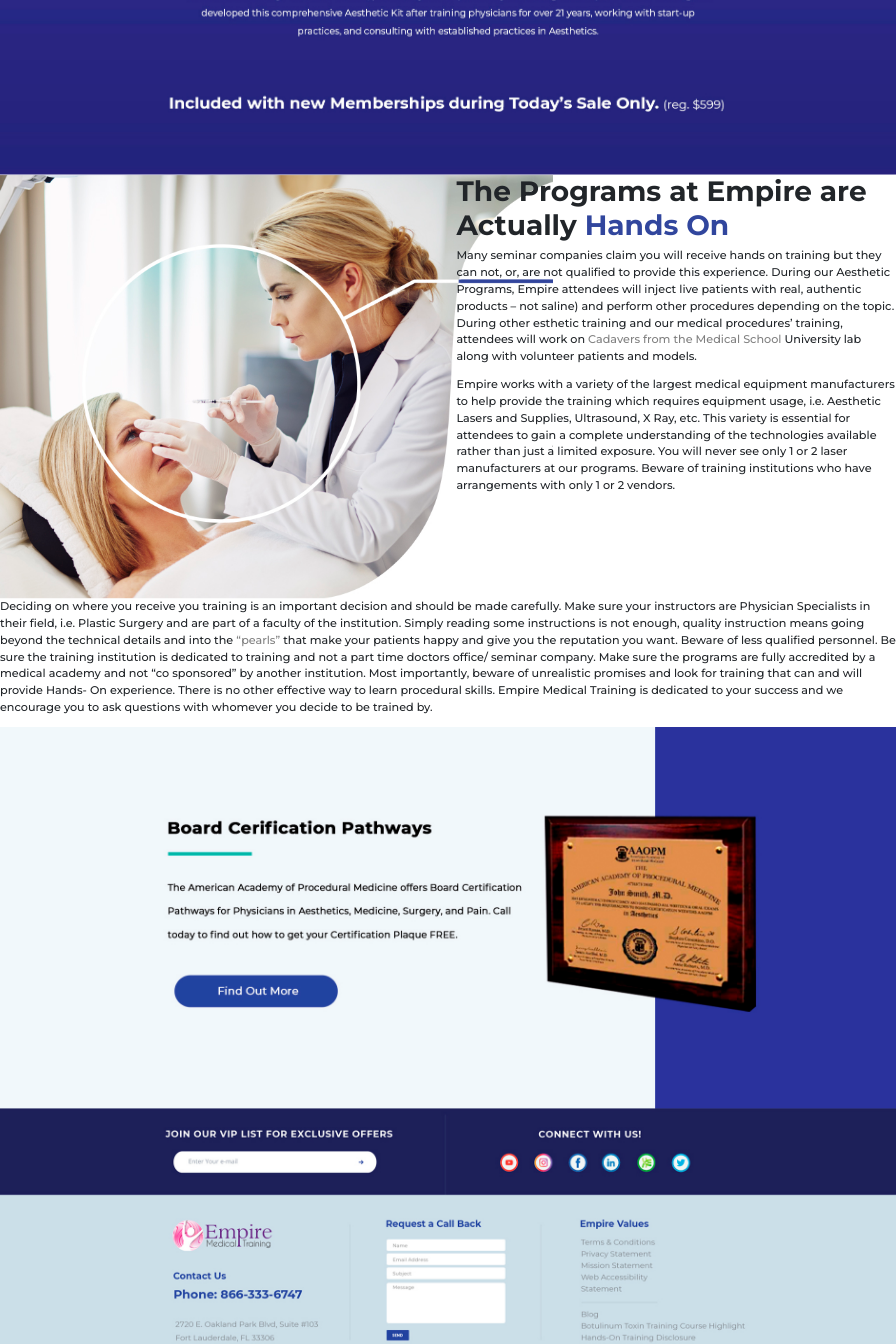
Repository: jorgi710/BODY-CONTOURING-INJECTABLES-AND-ADJUNCT-PROCEDURES
Page: our quarantee/file/public/index.html
The author's editor kept a copy of each file at every save. The page is drawn from the files as they stood at one save, then again after the next save.
The browser window is 1280 px wide. The pictures show the part of the page from y = 3691 to 5611 px (the page is 5707 px tall before and 5583 px after), at 70% of full size.

Above is the page before, as saved 2021-04-06 23:54:24.

### our quarantee/file/public/index.html
<!DOCTYPE html>
<html lang="en">
  <head>
    <meta charset="UTF-8" />
    <meta http-equiv="X-UA-Compatible" content="IE=edge" />
    <meta name="viewport" content="width=device-width, initial-scale=1.0" />
    <title>Page_3</title>

    <link
      href="https://cdn.jsdelivr.net/npm/bootstrap@5.0.0-beta3/dist/css/bootstrap.min.css"
      rel="stylesheet"
      integrity="sha384-eOJMYsd53ii+scO/bJGFsiCZc+5NDVN2yr8+0RDqr0Ql0h+rP48ckxlpbzKgwra6"
      crossorigin="anonymous"
    />
    <link
      href="https://fonts.googleapis.com/css2?family=Montserrat:wght@400;500;600;700&display=swap"
      rel="stylesheet"
    />
    <link rel="stylesheet" href="css/style.css" />
  </head>
  <body>
    <header>
      <div class="container-fluid m-0 p-0">
        <img src="img/header.jpg" alt="navbar" class="img-fluid m-0 p-0" />
      </div>
    </header>
    <main>
      <section class="section_1">
        <div class="container-fluid">
          <div class="fila-1">
            <div class="row">
              <div class="col-sm-12 col-md-6 text-start">
                <div class="content_section_1">
                  <h1 class="bold mb-3 mt-3">The Empire Medical Training</h1>
                  <img src="img/logo_main.jpg" alt="logo" class="logo" />
                  <p class="medium">
                    Empire is the only teaching institution that offers this
                    extraordinary guarantee: After you have completed your
                    training, if you feel you are not comfortable performing the
                    new procedure or if you believe you need additional
                    training, Empire will provide you with a 1-Day Preceptorship
                    (individual training) at one of our Centers of Excellence.
                  </p>
                  <p class="medium">
                    You will work one on one with one of our teaching faculty in
                    their office perfecting the techniques you just learned and
                    reviewing our many medical “Pearls,” priceless tips we have
                    learned through extensive experience and are now passing
                    onto you!
                  </p>
                </div>
              </div>
              <div class="col-md-6 justify-content-end p-0">
                <img
                  src="img/section_1_1_web.jpg"
                  alt=""
                  class="d-none d-md-block img-fluid"
                />
                <img
                  src="img/section_1_1_mobil.jpg"
                  alt=""
                  class="d-md-none img-fluid mobil"
                />
              </div>
            </div>
          </div>

          <div class="fila-2">
            <div class="row">
              <div class="col-sm-12 col-md-6 p-0 mt-3">
                <img
                  src="img/section_1_2_web.jpg"
                  alt="Our difference"
                  class="d-none d-md-block"
                />
                <img
                  src="img/section_1_2_mobil.jpg"
                  alt=""
                  class="d-md-none mobil"
                />
              </div>
              <div class="col-md-6 text-start">
                <h1 class="bold azul mt-4">Our Difference</h1>
                <p class="medium">
                  • Our full time faculty of physicians are available to answer
                  your questions even before you have decided on training- see
                  for yourself, call today and speak with a physician about
                  offering
                  <span class="claro">aesthetics in your practice</span>, or
                  whatever other concerns you may have!
                </p>
                <p class="medium">
                  • Empire Medical Training is the only training institution
                  that offers over 35 different medical and aesthetic
                  <span class="claro">training programs</span>. Since our
                  organization is a full time, dedicated teaching institution,
                  we have the resources and faculty to provide the quality
                  training we have been providing for the past 15 years.
                </p>
                <p class="medium">
                  • Empire provides discounted tuition on
                  <span class="claro">membership plans</span>
                  allowing you to attend all our programs at one low price, over
                  a 2 year period. We also provide a price guarantee that
                  ensures you are registering for a seminar at the lowest price
                  available. At all Empire work- shops, all supplies and
                  medicines are included with your tuition. That includes
                  <span class="claro">Botox Cosmetic</span> and
                  <span class="claro">Dermal Fillers</span> needed for the hands
                  on portion of the training.
                </p>
                <p class="medium">
                  • Learning to perform a procedure may be simple, but becoming
                  successful in your practice requires additional steps. With
                  every program you receive an exhaustive supply of patient
                  forms, consent forms, marketing templates, a comprehensive
                  <span class="claro">Vendor and Resource guide</span> with
                  useful information and necessary tools for your practice.
                </p>
                <p class="medium">
                  • Empire Medical Training and staff are committed to helping
                  you succeed in your practice nad this goes beyond just
                  providing you with the medical protocols to perform a simple
                  procedure. We are not a weekend operation and are available
                  even after our programs have ended. We also provide our
                  students with
                  <span class="claro"> Board Certification</span> from the AAOPM
                  for succesful coursework completion.
                </p>
              </div>
            </div>
          </div>
        </div>
      </section>
      <section class="section_2">
        <div class="panel">
          <img
            src="img/section_2.jpg"
            alt="Meet Our Trusted Faculty"
            class="img-fluid m-0 p-0 d-none d-md-block"
          />
          <img
            src="img/section_2_mobile.jpg"
            alt="Meet Our Trusted Faculty"
            class="img-fluid m-0 p-0 d-md-none mobil"
          />

          <div class="content d-none d-md-block ">
            <h1 class="bold">Meet Our Trusted Faculty</h1>
            <p class="regular">
              Empire Medical Training celebrates
              <span class="bold">15 years</span> of success in training <br />
              <span class="bold">physicians</span> and health care
              <span class="bold">professionals</span>. <br />
              We believe our success is due, in part, to the extra things our
              <br />
              <span class="bold">organization</span> and
              <span class="bold">faculty</span> provide for you.
            </p>
            <button class="btn">
              <h3 class="bold">Meet Faculty</h3>
            </button>
          </div>
        </div>
        <div class="content_mobil d-md-none mobil">
            <h1 class="bold">Meet Our Trusted Faculty</h1>
            <p class="regular">
              Empire Medical Training celebrates
              <span class="bold">15 years</span> of success in training <br />
              <span class="bold">physicians</span> and health care
              <span class="bold">professionals</span>. <br />
              We believe our success is due, in part, to the extra things our
              <br />
              <span class="bold">organization</span> and
              <span class="bold">faculty</span> provide for you.
            </p>
            <button class="btn m-2">
              <h3 class="bold">Meet Faculty</h3>
            </button>
          </div>
        </div>

      </section>
      <section class="section_3 ">
        <div>
          <h1 class="negro bold">
            <span class="azul">Background &</span> Achievements
          </h1>
          <p class="medium ">
            Now a little about Empire Medical Training’s background and
            achievements: Why Empire is committed to excellence:
          </p>
          <p class="medium ">
            Empire Medical Training celebrates our 22nd year of training and we
            remain the #1 medical training and certification CME Medical and
            Aesthetic workshops offered each year, Empire has trained over
            125,000 Physicians, Dentists, Nurses, and other Health Care
            Professionals. With countless
            <span class="claro">testimonials</span> from satisfied attendees, we
            stand behind our programs and provide a complete satisfaction
            guarantee. source worldwide.
          </p>
          <p class="medium ">
            Empire has acquired a distinguished reputation in education and
            serves as a training facility for Allergan (Botox, Juvederm) and
            Medicis (Restylane), along with many of the largest Aesthetic Laser
            Manufacturers. In addition, Empire is proud to have been chosen by
            the Florida Dental Association (FDA) to train their member Dentists
            in Botox Cosmetic and other Aesthetic Procedures.
          </p>
          <p class="medium ">
            At Empire, we believe our success is dependent on you receiving
            quality training and instruction. Empire Medical Training is a
            nationally recognized CME Training Institution for Physicians,
            Dentists, Nurses and other Health Care Professionals.
          </p>
        </div>
        <div class="row">
          <div class="col-sm-12 col-md-6">
            <p class="medium">
              In addition to training at resort hotels, Empire has pioneered the
              first <span class="claro">premier Medical Spa</span> in Fort
              Lauderdale, Florida where physicians can enjoy training on actual
              patients and receive classroom didactic presentations. This
              facility has been designed specifically for training purposes
              utilizing state of the art aesthetic lasers and medical spa
              equipment along with modern classroom facilities and training
              aids. All courses are conducted by Physicians and other
              Specialists in Aesthetics, Pain Management, Surgery, and Medicine.
              Not by less qualified Instructors.
            </p>
            <p class="medium">
              Empire has achieved an outstanding reputation through a
              distinguished faculty of Physician specialists. Your training will
              be conducted by Physicians and other Specialists in Aesthetics,
              Pain Management, Surgery, and Medicine. We believe it is important
              for attendees to be exposed to a faculty of instructors for a more
              complete understanding of the topic, rather than just 1 part time
              physician or nurse instructor like many training companies do.
              Beware of start up seminar companies who employ less qualified
              personnel for your training, or local doctors’ offices with
              impressive web sites looking to supplement their income by
              offering inferior or incomplete training as a side job.
            </p>
          </div>
          <div class="col-sm-12 col-md-6">
            <img
              src="img/section_3_web.jpg"
              alt="background achievements"
              class="d-none d-md-block img-fluid"
            />
            <img
              src="img/section_3_mobil.jpg"
              alt="background achievements"
              class="d-md-none"
            />
          </div>
        </div>
      </section>
      <section class="section_4 mt-2">
        <img src="img/section_4.jpg" alt="aesthetics starter kit" />
      </section>
      <section class="section_5">
        <div class="row">
          <div class="col-sm-12 col-md-6">
            <img
              src="img/section_5_web.jpg"
              alt="empire"
              class="d-none d-md-block"
            />
            <img
              src="img/section_5_mobile.jpg"
              alt="empire"
              class="d-md-none"
            />
          </div>
          <div class="col-md-6">
            <h1 class="bold">
              The Programs at Empire are Actually
              <span class="azul">Hands On</span>
            </h1>
            <p class="medium">
              Many seminar companies claim you will receive hands on training
              but they can not, or, are not qualified to provide this
              experience. During our Aesthetic Programs, Empire attendees will
              inject live patients with real, authentic products – not saline)
              and perform other procedures depending on the topic. During other
              esthetic training and our medical procedures’ training, attendees
              will work on
              <span class="claro">Cadavers from the Medical School</span>
              University lab along with volunteer patients and models.
            </p>
            <p class="medium">
              Empire works with a variety of the largest medical equipment
              manufacturers to help provide the training which requires
              equipment usage, i.e. Aesthetic Lasers and Supplies, Ultrasound, X
              Ray, etc. This variety is essential for attendees to gain a
              complete understanding of the technologies available rather than
              just a limited exposure. You will never see only 1 or 2 laser
              manufacturers at our programs. Beware of training institutions who
              have arrangements with only 1 or 2 vendors.
            </p>
          </div>
        </div>
        <p class="medium">
          Deciding on where you receive you training is an important decision
          and should be made carefully. Make sure your instructors are Physician
          Specialists in their field, i.e. Plastic Surgery and are part of a
          faculty of the institution. Simply reading some instructions is not
          enough, quality instruction means going beyond the technical details
          and into the <span class="claro">“pearls”</span> that make your
          patients happy and give you the reputation you want. Beware of less
          qualified personnel. Be sure the training institution is dedicated to
          training and not a part time doctors office/ seminar company. Make
          sure the programs are fully accredited by a medical academy and not
          “co sponsored” by another institution. Most importantly, beware of
          unrealistic promises and look for training that can and will provide
          Hands- On experience. There is no other effective way to learn
          procedural skills. Empire Medical Training is dedicated to your
          success and we encourage you to ask questions with whomever you decide
          to be trained by.
        </p>
      </section>
    </main>
    <footer>
      <img src="img/footer.jpg" alt="footer" class="img-fluid" />
    </footer>
  </body>
</html>

### our quarantee/file/public/css/style.css
@import url("https://fonts.googleapis.com/css2?family=Montserrat:wght@400;500;600;500&display=swap");
* {
  box-sizing: border-box;
  font-family: var(--fuente);
}
header,
section {
  overflow-x: hidden;
}
:root {
  --fuente: "Montserrat", cursive;
  --azul: #31469d;
  --clarito: #808080;
  --negro: #000000;
  --regular: 400;
  --medium: 500;
  --semi_bold: 600;
  --bold: 500;
}
.regular {
  font-weight: 400;
}
.medium {
  font-weight: 500;
}
.semi {
  font-weight: 600;
}
.bold {
  font-weight: 700;
}
.azul {
  color: #31469d;
}
.claro {
  color: #808080;
}
.negro {
  color: #000000;
}
header .img {
  width: 100%;
}
/* .section_1 .fila-1 .row .col-md-6 .content_section_1 {
  padding: 4vmin 1vmin;
  padding-bottom: 2vmin;
  padding-left: 12vmin;
} */

/* section_1 */

/* web */
.section_1 .fila-1 .row .col-md-6 .content_section_1 {
  padding: 4vmin 1vmin;
  padding-bottom: 2vmin;
  padding-left: 12vmin;
}
.section_1 .fila-1 .row .col-md-6 img {
  width: 100%;
  height: 100%;
  object-fit: cover;
}
.section_1 .fila-1 .row .col-md-6 h1 {
  font-size: 1.8rem;
}
.section_1 .fila-1 .row .col-md-6 .logo {
  width: 70%;
  padding-left: 10vmin;
}
/* Tablet */
@media screen and (min-width: 780px) and (max-width: 1200px) {
  .section_1 .fila-1 .row .col-md-6 .content_section_1 {
    padding: 4vmin 1vmin;
    padding-bottom: 2vmin;
    padding-left: 12vmin;
  }
  .section_1 .fila-1 .row .col-md-6 h1 {
    font-size: 1.5rem;
  }
  .section_1 .fila-1 .row .col-md-6 img {
    object-fit: cover;
    z-index: 1;
  }
  .section_1 .fila-1 .row .col-md-6 .logo {
    width: 70%;
    padding-left: 10vmin;
  }
}
/* Mobile */
@media screen and (min-width: 0) and (max-width: 760px) {
  .section_1 .fila-1 .row .col-md-6 .content_section_1 {
    padding: 0;
    box-shadow: 1px 2px 9px 6px #aaa;
  }
  .section_1 .fila-1 .row .col-md-6 h1 {
    font-size: 1.8rem;
    text-align: center;
  }
  .section_1 .fila-1 .row .col-md-6 .mobil {
    box-shadow: -2px 1px 13px 6px #aaa;
  }
  .section_1 .fila-1 .row .col-md-6 .logo {
    width: 76%;
    padding-left: 22vmin;
  }
  .section_1 .fila-1 .row .col-md-6 p {
    font-size: 1rem;
    text-align: justify;
    padding: 4px 5px;
  }
}
/* section_1_Part_2 */

/* web */
.section_1 .fila-2 .row .col-md-6 img {
  width: 100%;
  height: 100%;
  object-fit: none;
}
.section_1 .fila-1 .row .col-md-6 h1 {
  font-size: 1.8rem;
}
/* Tablet */
@media screen and (min-width: 780px) and (max-width: 1200px) {
  .section_1 .fila-2 .row .col-md-6 h1 {
    font-size: 1.5rem;
  }
  .section_1 .fila-2 .row .col-md-6 img {
    object-fit: cover;
    box-shadow: -2px 1px 13px 6px #31469d;
    border-radius: 1rem;
  }
}
/* Mobile */
@media screen and (min-width: 0) and (max-width: 760px) {
  .section_1 .fila-1 .row .col-md-6 .content_section_1 {
    padding: 0;
    box-shadow: 1px 2px 9px 6px #aaa;
  }
  .section_1 .fila-2 .row .col-md-6 h1 {
    font-size: 2rem;
    text-align: center;
  }
  .section_1 .fila-2 .row .col-md-6 .mobil {
    box-shadow: -2px 1px 13px 6px #bac6f8;
    object-fit: cover;
  }
  .section_1 .fila-2 .row .col-md-6 p {
    font-size: 1rem;
    text-align: justify;
    padding: 4px 5px;
    box-shadow: -2px 1px 13px 6px #ccd6fc;
    border-radius: 0.5rem;
  }
}
/* section_2 */
/* web */
.section_2 .panel {
  position: relative;
}
.section_2 .content h1 {
  font-size: 1.5rem;
}
.section_2 .content p {
  font-size: 0.8rem;
}
.section_2 .content h3 {
  font-size: 1rem;
}
.section_2 .content {
  position: absolute;
  color: white;
  top: 38px;
  right: 593px;
}
.section_2 .content button {
  background-color: white;
  border-radius: 1.5rem;
  box-shadow: -4px 3px 13px 0px blue;
  color: #31469d;
  font-weight: 700;
}
/* Tablet */
@media screen and (min-width: 780px) and (max-width: 1200px) {
  .section_2 .panel {
    position: relative;
  }
  .section_2 .content h1 {
    font-size: 1.5rem;
  }
  .section_2 .content p {
    font-size: 0.5rem;
  }
  .section_2 .content h3 {
    font-size: 1rem;
  }
  .section_2 .content {
    position: absolute;
    color: white;
    top: 34px;
  }
  .section_2 .content button {
    background-color: white;
    border-radius: 1.5rem;
    box-shadow: -4px 3px 13px 0px blue;
    color: #31469d;
    font-weight: 700;
  }
}
/* Mobile */
@media screen and (min-width: 0) and (max-width: 760px) {
  .section_2 .content_mobil {
    background-color: #31469d;
    color: white;
    text-align: center;
  }
  .section_2 .content_mobil button {
    background-color: white;
    border-radius: 1.5rem;
    box-shadow: -4px 3px 13px 0px blue;
    color: #31469d;
    font-weight: 700;
  }
  .section_2 .content_mobil p {
    font-size: 0.5rem;
  }
  .section_2 .content_mobil h3 {
    font-size: 1rem;
  }
  .section_2 .content_mobil h1 {
    font-size: 1rem;
  }
}
/* section_3_Part_1*/

/* web */
.section_3 h1 {
  font-size: 3rem;
  text-align: center;
  margin: 2rem 0;
  padding: 0.5rem 0;
  box-shadow: -2px 1px 13px 6px #ccd6fc;
  border-radius: 0.5rem;
}
.section_3 p {
  font-size: 1rem;
  padding: 0 1rem;
}
/* Mobile */
@media screen and (min-width: 0) and (max-width: 760px) {
  .section_3 h1 {
    font-size: 1.4rem;
    text-align: center;
    margin: 2rem 0;
    padding: 0.5rem 0;
    box-shadow: -2px 1px 13px 6px #ccd6fc;
    border-radius: 0.5rem;
  }
  .section_3 p {
    font-size: 1rem;
    padding: 0 1rem;
    text-align: justify;
  }
}
/* section_3_Part_2*/
/* web */
.section_3 .row .col-md-6 {
  background-color: #eff3f8;
}
.section_3 .row .col-md-6 p {
  font-size: 1rem;
  text-align: start;
  margin: 2rem 2rem;
  padding: 0.5rem 0;
  box-shadow: -2px 1px 13px 6px #eff3f8;
  border-radius: 0.5rem;
}
.section_3 .row .col-md-6 img {
  width: 100%;
  height: 100%;
}

/* Tablet */
@media screen and (min-width: 780px) and (max-width: 1200px) {
  .section_3 .row .col-md-6 {
    background-color: #eff3f8;
  }
  .section_3 .row .col-md-6 p {
    font-size: 1rem;
    text-align: start;
    margin: 2rem 2rem;
    padding: 0.5rem 0;
    box-shadow: -2px 1px 13px 6px #eff3f8;
    border-radius: 0.5rem;
  }
  .section_3 .row .col-md-6 img {
    box-shadow: -2px 1px 13px 6px #bac6f8;
    object-fit: cover;
  }
}

/* Mobile */
@media screen and (min-width: 0) and (max-width: 760px) {
  .section_3 .row .col-md-6 {
    background-color: white;
  }
  .section_3 .row .col-md-6 p {
    font-size: 1rem;
    text-align: start;
    padding: 0.2rem;
    box-shadow: -2px 1px 13px 6px #eff3f8;
    border-radius: 0.5rem;
  }
  .section_3 .row .col-md-6 img {
    box-shadow: -2px 1px 13px 6px #31469d;
    object-fit: cover;
  }
}
/* section_4*/
.section_4 img {
  width: 100%;
  box-shadow: -2px 1px 13px 6px #31469d;
}

After the next save:
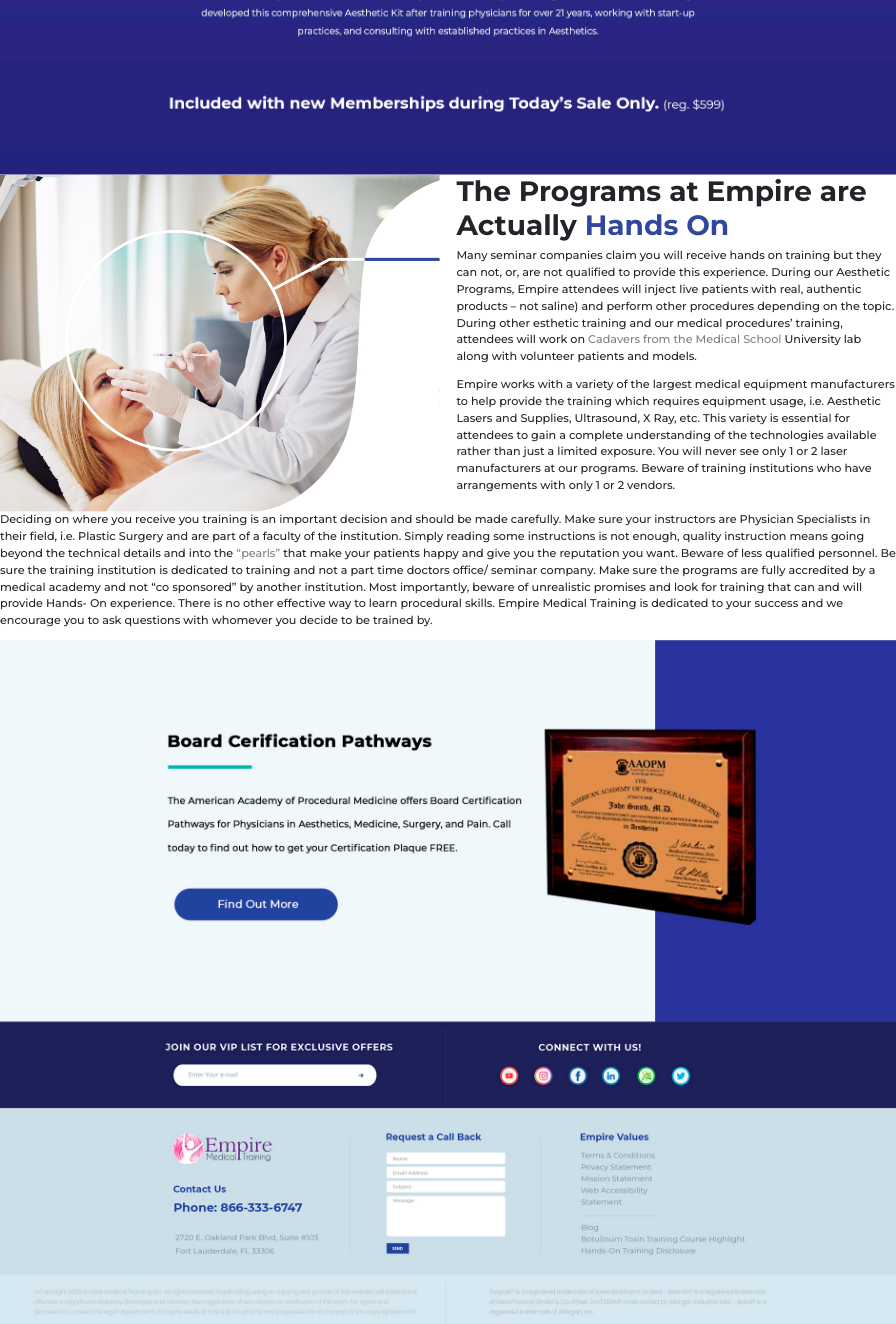
Saved 3 min 24 s later.
--- a/our quarantee/file/public/css/style.css
+++ b/our quarantee/file/public/css/style.css
@@ -321,3 +321,15 @@
   width: 100%;
   box-shadow: -2px 1px 13px 6px #31469d;
 }
+/* section_5*/
+.section_5 .row .col-md-6 img {
+  width: 100%;
+}
+/* web */
+
+/* Tablet */
+@media screen and (min-width: 780px) and (max-width: 1200px) {
+}
+/* Mobile */
+@media screen and (min-width: 0) and (max-width: 760px) {
+}
